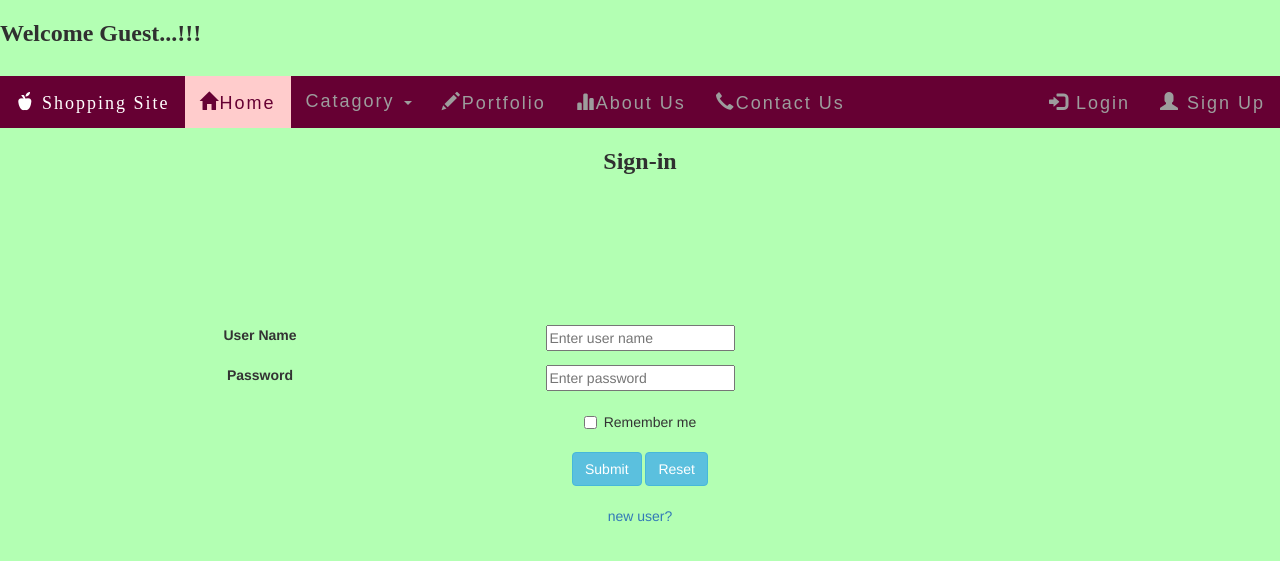
Repository: priyasuthakar/priya
Page: http://localhost/Apple/WEB-INF/views/login.jsp
These files come from the project's save history. The page is drawn as it stood at one moment and after the next save; the edit follows.
The browser window is 1280 px wide. The pictures show the whole page.
The page is served by Tomcat 9. Nobody is signed in. The template is opened directly, without the code that normally fills it, so the values that code supplies are empty.

Above is the page before, as saved 2016-08-19 09:45:43.

After the next save:
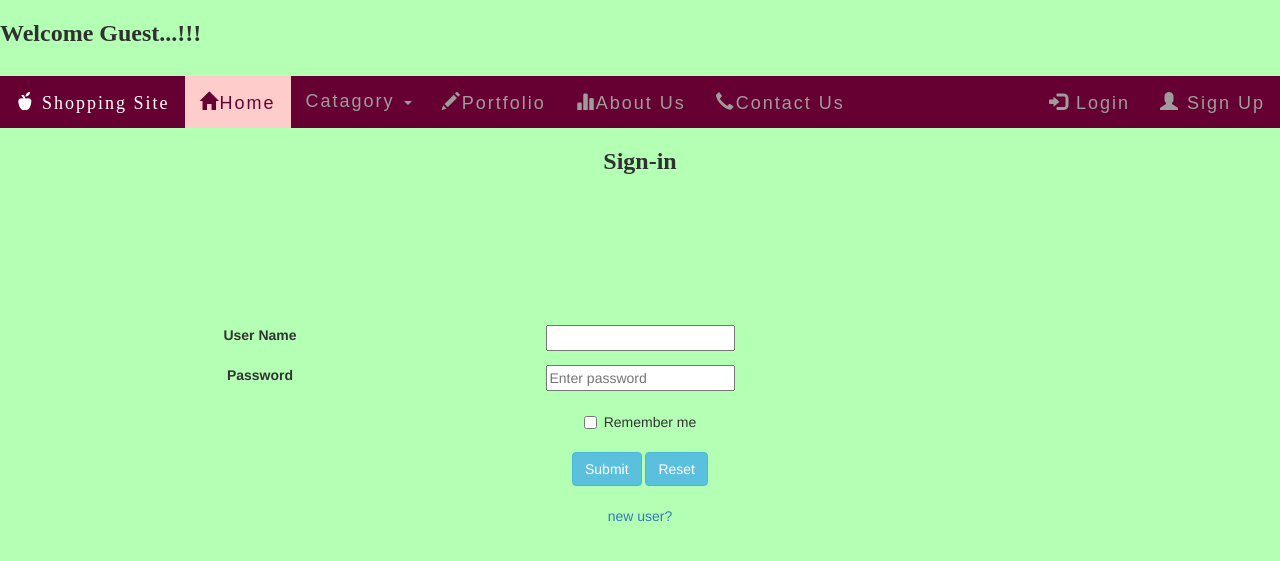
Saved 2 min 39 s later.
--- a/Apple/src/main/webapp/WEB-INF/views/login.jsp
+++ b/Apple/src/main/webapp/WEB-INF/views/login.jsp
@@ -83,7 +83,7 @@
 					<div class="control-group">
 						<label class="col-lg-4">User Name</label>
 						<div class="col-lg-4 controls">
-							<input type="text" id="username" placeholder="Enter user name"
+							<input type="text" id='<form:input path="username"/>' Enter user name"
 								required="true" title="should not be empty" />
 						</div>
 					</div>

After the save that followed:
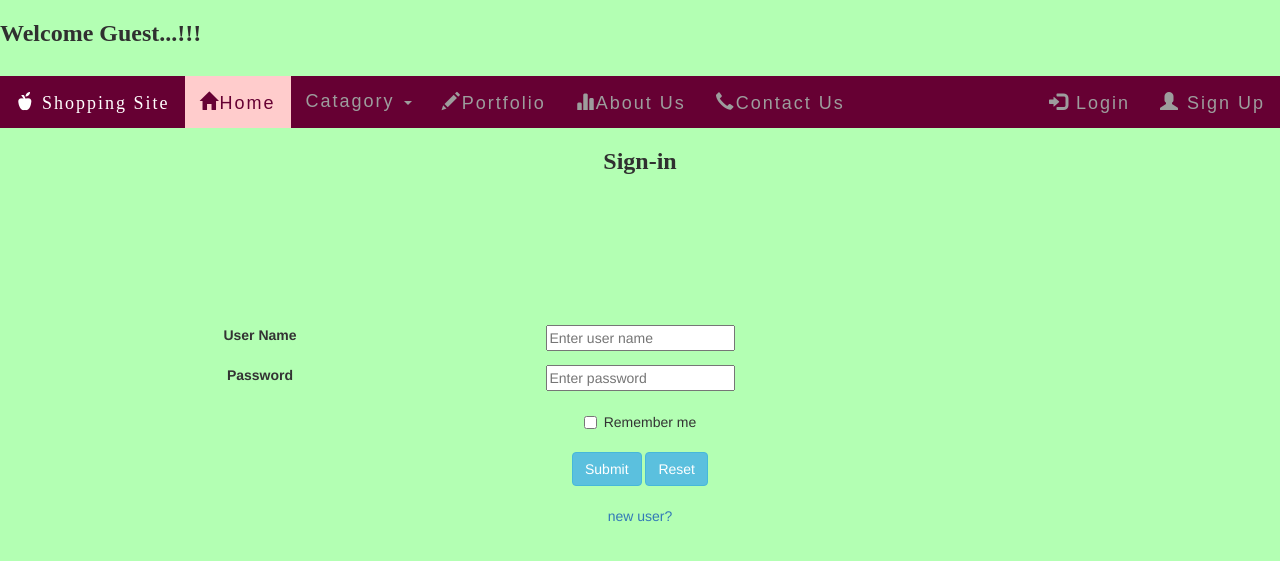
Saved 75 s later.
--- a/Apple/src/main/webapp/WEB-INF/views/login.jsp
+++ b/Apple/src/main/webapp/WEB-INF/views/login.jsp
@@ -83,7 +83,7 @@
 					<div class="control-group">
 						<label class="col-lg-4">User Name</label>
 						<div class="col-lg-4 controls">
-							<input type="text" id='<form:input path="username"/>' Enter user name"
+							<input type="text" placeholder="Enter user name"
 								required="true" title="should not be empty" />
 						</div>
 					</div>
